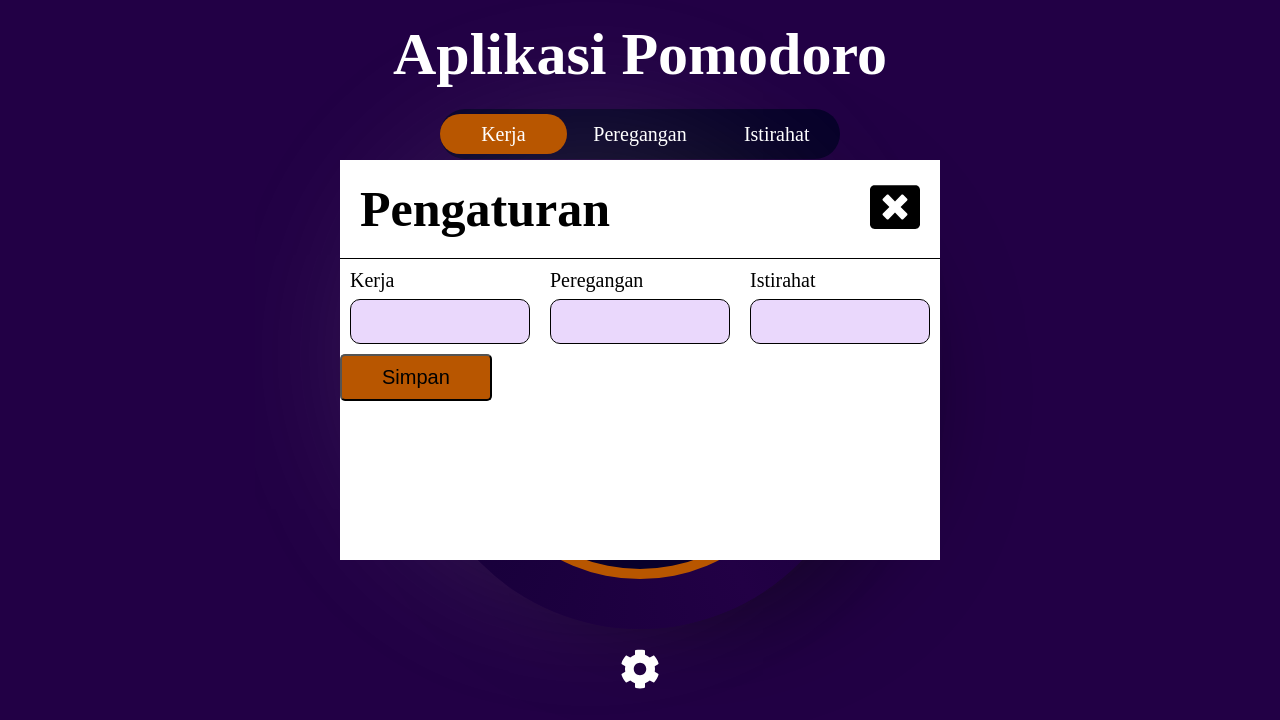
Repository: sellayspy/aplikasiPomodoro
Page: /, after clicking the first element matching `div.sc-hwddKA`
An editor plug-in stored every save of this project. The page is shown before and after the next save, followed by the edit.
The browser window is 1280 px wide. The pictures show the whole page.
The project was rebuilt for these pictures with package versions that can differ from the ones it lists, and the page was loaded fresh each time. Also part of the build but not shown: vite.config.js.

Above is the page before, as saved 2024-11-25 21:21:05.

### index.html
<!DOCTYPE html>
<html lang="en">
  <head>
    <meta charset="UTF-8" />
    <link rel="icon" type="image/svg+xml" href="/vite.svg" />
    <meta name="viewport" content="width=device-width, initial-scale=1.0" />
    <title>Aplikasi Pomodoro</title>
  </head>
  <body>
    <div id="root"></div>
    <script type="module" src="/src/main.jsx"></script>
  </body>
</html>

### src/main.jsx
import { StrictMode } from "react";
import { createRoot } from "react-dom/client";
import { createGlobalStyle, ThemeProvider } from "styled-components";
import App from "./App.jsx";
import StateProvider from "./components/StateProvider.jsx";

const GlobalStyle = createGlobalStyle`

*{
  margin: 0;
  padding: 0;
  box-sizing: border-box;
}

  html,body{
    background-color: ${(props) => props.theme.colors.bg};;
    font-size: 62.5%;
  }

  body{
    font-size: 1.6rem;
    color: white;
  }

`;

const theme = {
  colors: {
    primary: "#b85600",
    secondary: "#08002b",
    bg: "#220045",
  },
};

createRoot(document.getElementById("root")).render(
  <StrictMode>
    <StateProvider>
      <ThemeProvider theme={theme}>
        <GlobalStyle />
        <App />
      </ThemeProvider>
    </StateProvider>
  </StrictMode>
);

### src/App.jsx
import styled from "styled-components";
import Judul from "./components/Judul";
import Timer from "./components/Timer";
import Modal from "./components/Settings/Modal";
import { useState } from "react";
import { FaCog } from "react-icons/fa";

function App() {
  const [isOpen, setIsOpen] = useState(false);

  const onClose = () => {
    setIsOpen(false);
  };
  const onOpen = () => {
    setIsOpen(true);
  };
  return (
    <>
      <Modal isOpen={isOpen} onClose={onClose} />
      <Title>Aplikasi Pomodoro</Title>
      <Judul />
      <Timer />

      <CogIcon onClick={onOpen}>
        <FaCog />
      </CogIcon>
    </>
  );
}

export default App;

const Title = styled.h1`
  font-size: 6rem;
  padding: 2rem 0;
  text-align: center;
`;

const CogIcon = styled.div`
  display: flex;
  justify-content: center;
  font-size: 4rem;
`;

### src/components/StateProvider.jsx
import { createContext, useEffect, useState } from "react";
export const StateContext = createContext();

const StateProvider = ({ children }) => {
  const [waktuKerja, setWaktuKerja] = useState(25 * 60);
  const [peregangan, setPeregangan] = useState(5 * 60);
  const [istirahat, setIstirahat] = useState(30 * 60);

  const [initialWaktu, setInitialWaktu] = useState(0);

  const [activeJudul, setActiveJudul] = useState(0);
  const [progress, setProgress] = useState(55);
  const [time, setTime] = useState(500);
  const [isActive, setIsActive] = useState(false);

  useEffect(() => {
    switch (activeJudul) {
      case 0:
        setTime(waktuKerja);
        setInitialWaktu(waktuKerja);
        break;
      case 1:
        setTime(peregangan);
        setInitialWaktu(peregangan);
        break;
      case 2:
        setTime(istirahat);
        setInitialWaktu(istirahat);
        break;
      default:
        break;
    }
  }, [activeJudul, waktuKerja, peregangan, istirahat]);

  return (
    <StateContext.Provider
      value={{
        activeJudul,
        setActiveJudul,
        progress,
        setProgress,
        isActive,
        setIsActive,
        time,
        setTime,
        initialWaktu,
        setInitialWaktu,
      }}
    >
      {children}
    </StateContext.Provider>
  );
};

export default StateProvider;

### src/components/Judul.jsx
import styled, { css } from "styled-components";
import { useContext } from "react";
import { StateContext } from "./StateProvider";

const Judul = () => {
  const { activeJudul, setActiveJudul } = useContext(StateContext);

  const handleJudulClick = (index) => {
    setActiveJudul(index);
  };
  return (
    <JudulContainer>
      {["Kerja", "Peregangan", "Istirahat"].map((tag, i) => (
        <Tag
          onClick={() => handleJudulClick(i)}
          active={activeJudul === i}
          key={i}
        >
          {tag}
        </Tag>
      ))}
    </JudulContainer>
  );
};

export default Judul;

const JudulContainer = styled.div`
  background: ${(props) => props.theme.colors.secondary};
  height: 5rem;
  width: 40rem;
  margin: 0 auto;
  border-radius: 5rem;
  display: flex;
  gap: 1rem;
  align-items: center;
`;

const Tag = styled.button`
  all: unset;
  height: 4rem;
  text-align: center;
  border-radius: 5rem;
  flex: 1;
  font-size: 2rem;

  ${({ active }) =>
    active &&
    css`
      background: ${(props) => props.theme.colors.primary};
    `}
`;

### src/components/Timer.jsx
import styled from "styled-components";
import TimerProgress from "./TimerProgress";

const Timer = () => {
  return (
    <TimerContainer>
      <TimerProgress />
    </TimerContainer>
  );
};

export default Timer;

const TimerContainer = styled.div`
  background: conic-gradient(
    ${(props) => props.theme.colors.secondary},
    ${(props) => props.theme.colors.bg} 150deg,
    ${(props) => props.theme.colors.secondary}
  );

  width: 45rem;
  height: 45rem;

  margin: 2rem auto;
  border-radius: 50%;
  display: grid;
  place-items: center;
  box-shadow: -50px -50px 150px rgba(158, 158, 158, 0.2),
    50px -10px 100px rgba(0, 0, 0, 0.5);
`;

### src/components/Settings/Modal.jsx
import Backdrop from "./Backdrop";
import ModalContainer from "./ModalContainer";
import { AnimatePresence } from "framer-motion";

const Modal = ({ isOpen, onClose }) => {
  return (
    <>
      {isOpen && (
        <>
          <AnimatePresence>
            <Backdrop />
            <ModalContainer isOpen={isOpen} onClose={onClose} />
          </AnimatePresence>
        </>
      )}
    </>
  );
};

export default Modal;

### src/components/TimerProgress.jsx
import { useContext, useEffect } from "react";
import styled from "styled-components";
import Waktu from "./Waktu";
import { StateContext } from "./StateProvider";
import Timer from "./Timer";

const TimerProgress = () => {
  const { progress, setProgress, time, initialWaktu } =
    useContext(StateContext);

  useEffect(() => {
    setProgress(time / (initialWaktu / 100));
  }, [setProgress, time]);

  return (
    <OuterCircle progress={progress}>
      <InnerCircle>
        <Waktu />
      </InnerCircle>
    </OuterCircle>
  );
};

export default TimerProgress;

const OuterCircle = styled.div`
  width: 35rem;
  height: 35rem;

  border-radius: 50%;
  display: grid;
  place-items: center;
  background: conic-gradient(
    ${(props) => props.theme.colors.primary} ${({ progress }) => progress}%,
    transparent ${({ progress }) => progress}%
  );
`;

const InnerCircle = styled.div`
  width: 33rem;
  height: 33rem;
  background: ${(props) => props.theme.colors.secondary};

  border-radius: 50%;
  display: grid;
  place-items: center;
`;

### src/components/Settings/Backdrop.jsx
import styled from "styled-components";

const Backdrop = () => {
  return <kBackdroop></kBackdroop>;
};

export default Backdrop;

const kBackdroop = styled.div`
  width: 100%;
  height: 100%;
  position: fixed;
  top: 0;
  left: 0;
  z-index: 100;
  background-color: rgba;
`;

### src/components/Settings/ModalContainer.jsx
import styled from "styled-components";
import { motion } from "framer-motion";
import { FaWindowClose } from "react-icons/fa";
import { Form, Formik, Field } from "formik";

const ModalContainer = ({ isOpen, onClose }) => {
  return (
    <Container>
      <ModalContent
        initial={{ y: "-100vh", scale: 0 }}
        animate={{ y: 0, scale: 1 }}
        exit={{ y: "-100vh", scale: 0 }}
      >
        <ModalHeader>
          <ModalTitle>Pengaturan</ModalTitle>
          <ModalCloseButton onClick={onClose}>
            <FaWindowClose fontSize="5rem" />
          </ModalCloseButton>
        </ModalHeader>
        <ModalBody>
          <Formik
            initialValues={{ kerja: "", peregangan: "", istirahat: "" }}
            onSubmit={() => {}}
          >
            <Form>
              <InputWrapper>
                <FormControl>
                  <label htmlFor="kerja">Kerja</label>
                  <Field name="kerja" min="1" max="60" />
                </FormControl>
                <FormControl>
                  <label htmlFor="peregangan">Peregangan</label>
                  <Field name="peregangan" min="1" max="60" />
                </FormControl>
                <FormControl>
                  <label htmlFor="istirahat">Istirahat</label>
                  <Field name="istirahat" min="1" max="60" />
                </FormControl>
              </InputWrapper>
              <SimpanButton type="submit">Simpan</SimpanButton>
            </Form>
          </Formik>
        </ModalBody>
      </ModalContent>
    </Container>
  );
};

export default ModalContainer;

const ButtonWrapper = styled.div`
  display: flex;
  justify-content: flex-end;
  padding: 2rem;
`;

const SimpanButton = styled.button`
  padding: 1rem 4rem;
  font-size: 2rem;
  background: ${(props) => props.theme.colors.primary};
  border-radius: 0.5rem;
`;

const InputWrapper = styled.div`
  display: flex;
  padding: 1rem;
  gap: 2rem;
`;

const FormControl = styled.div`
  flex: 1;
  width: 100%;
  display: flex;
  flex-direction: column;
  color: black;
  gap: 0.7rem;
  label {
    font-size: 2rem;
  }
  input {
    width: 100%;
    font-size: 2rem;
    padding: 1rem;
    border-radius: 1rem;
    border: 1px solid black;
    background: #ead8fc;
  }
`;

const Container = styled.div`
  position: absolute;
  height: 100vh;
  width: 100vw;
  display: grid;
  place-items: center;
  z-index: 150;
`;

const ModalContent = styled(motion.div)`
  width: 60rem;
  height: 40rem;
  background-color: white;

  @media (max-width: 600px) {
    width: 90%;
    padding: 1rem;
  }
`;

const ModalHeader = styled.div`
  color: black;
  padding: 2rem;
  display: flex;
  justify-content: space-between;
  border-bottom: 1px solid black;
`;
const ModalTitle = styled.h3`
  font-size: 5rem;
`;
const ModalCloseButton = styled.button`
  all: unset;
`;
const ModalBody = styled.div``;

### src/components/Waktu.jsx
import { useEffect, useContext } from "react";
import styled from "styled-components";
import { StateContext } from "./StateProvider";

const Waktu = () => {
  const { time, setTime, isActive, setIsActive, initialWaktu } =
    useContext(StateContext);
  useEffect(() => {
    if (isActive && time > 0) {
      const interval = setInterval(() => {
        setTime((time) => time - 1);
      }, 1000);

      return () => clearInterval(interval);
    }
  }, [time, isActive]);

  const buttonClick = () => {
    setIsActive(!isActive);
  };

  const buttonReset = () => {
    setTime(initialWaktu);
    setIsActive(false);
  };

  const getTime = (time) => {
    const min = Math.floor(time / 60);
    const sec = time % 60;
    return `${min < 10 ? "0" + min : min}:${sec < 10 ? "0" + sec : sec}`;
  };

  return (
    <ClockContainer>
      <TimerText>{getTime(time)}</TimerText>
      <StartPauseButton onClick={buttonClick}>
        {isActive ? "Pause" : "Start"}
      </StartPauseButton>
      {time === 0 && <ResetButton onClick={buttonReset}>RESET</ResetButton>}
    </ClockContainer>
  );
};

export default Waktu;
const ClockContainer = styled.div`
  display: grid;
  place-items: center;
`;

const TimerText = styled.h3`
  font-size: 10rem;
`;

const StartPauseButton = styled.button`
  all: unset;
  text-align: center;
  font-size: 3rem;
  text-transform: uppercase;
  letter-spacing: 1rem;
`;

const ResetButton = styled(StartPauseButton)`
  color: red;
`;

After the next save:
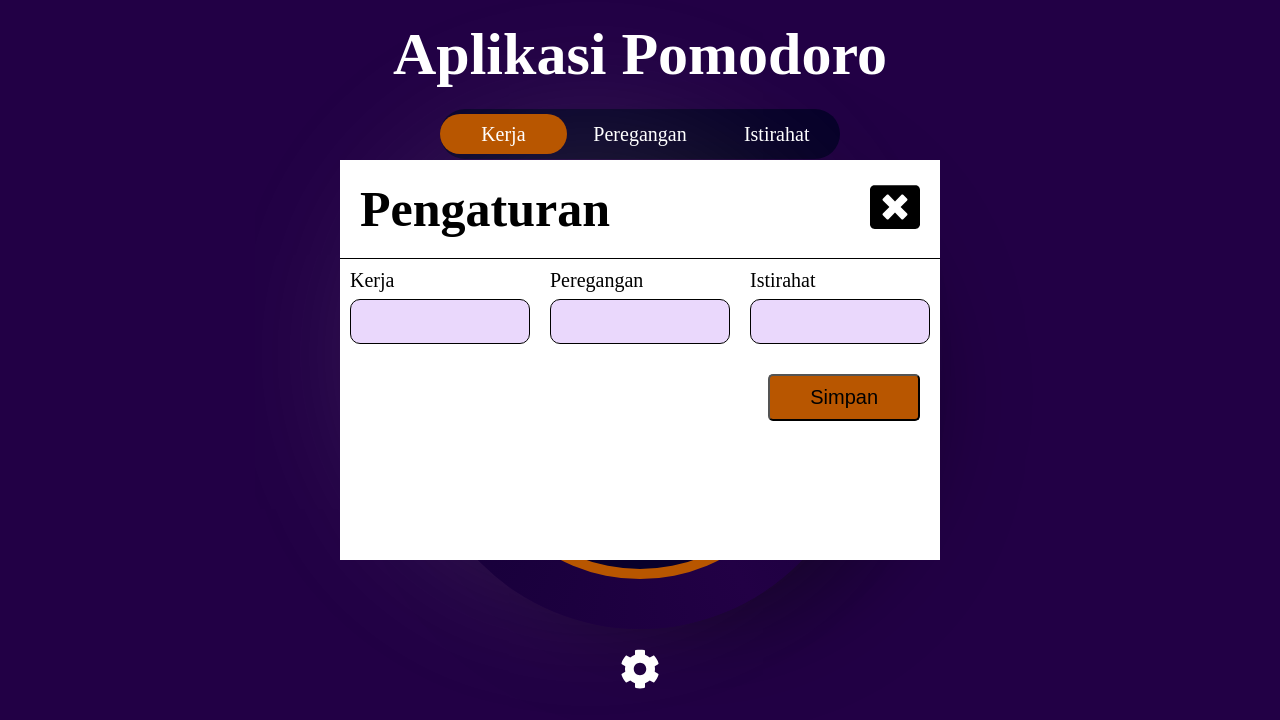
Saved 31 s later.
--- a/src/components/Settings/ModalContainer.jsx
+++ b/src/components/Settings/ModalContainer.jsx
@@ -37,7 +37,9 @@ const ModalContainer = ({ isOpen, onClose }) => {
                   <Field name="istirahat" min="1" max="60" />
                 </FormControl>
               </InputWrapper>
-              <SimpanButton type="submit">Simpan</SimpanButton>
+              <ButtonWrapper>
+                <SimpanButton type="submit">Simpan</SimpanButton>
+              </ButtonWrapper>
             </Form>
           </Formik>
         </ModalBody>
